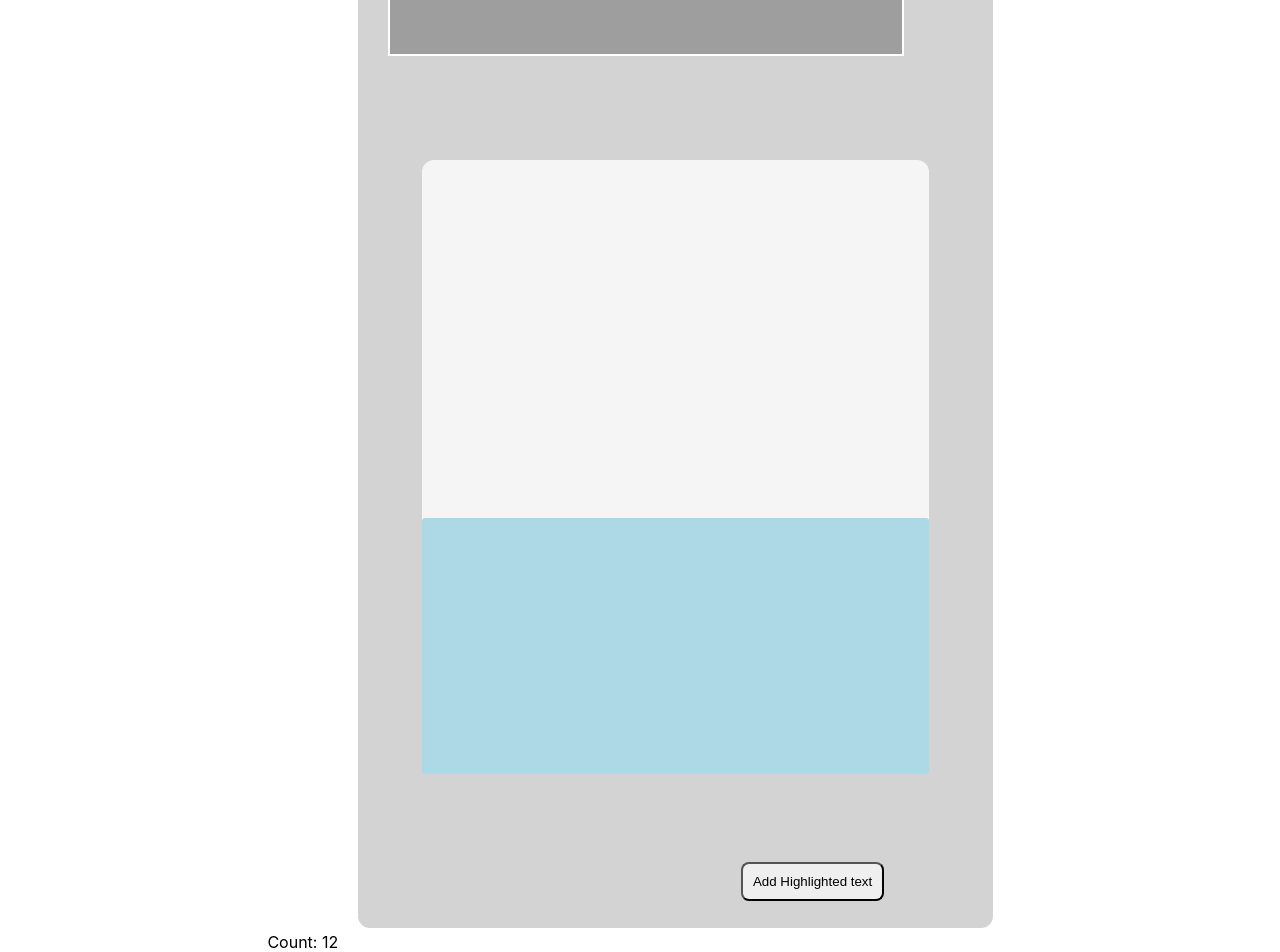
Repository: Farbod29/React-text-highlighter-with-hook-
Page: /
These files come from the project's save history. The page is drawn as it stood at one moment and after a run of saves; the edit follows.
The browser window is 1280 px wide. The pictures show the part of the page from y = 372 to 1324 px (the page is 1324 px tall).
Pictures or frames that could not be fetched are drawn as grey boxes. The project was rebuilt for these pictures with package versions that can differ from the ones it lists, and the page was loaded fresh each time.

Above is the page before, as saved 2022-02-18 23:14:04.

After the next 3 saves:
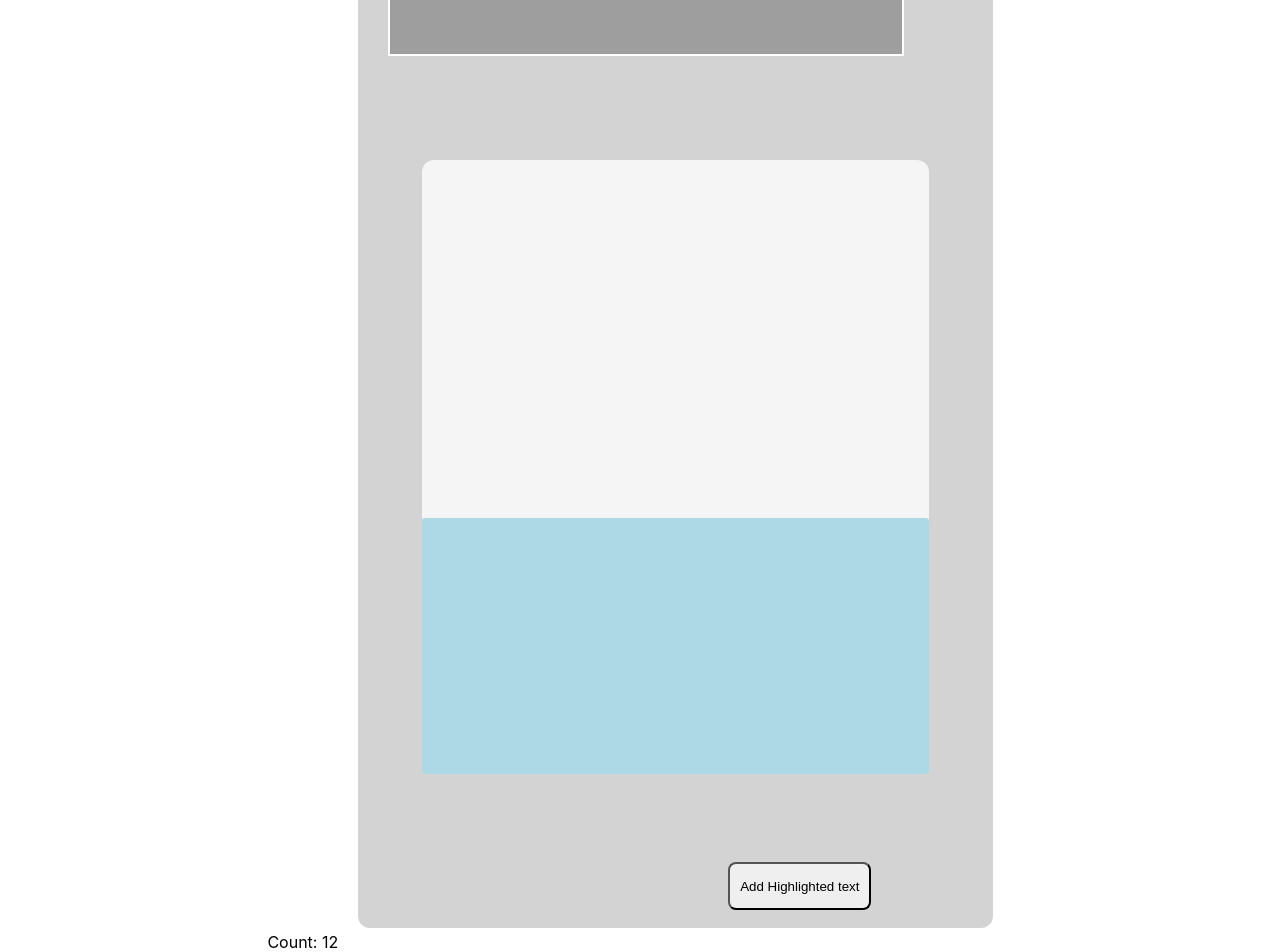
The 3 saves are shown as one change because 1 did not build or start and some came seconds apart.
The last was saved 43 s later.
--- a/src/highlighter.js
+++ b/src/highlighter.js
@@ -69,14 +69,14 @@ export default function Highlighter() {
             top: '500',
             position: 'absolute',
             bottom: '1vw',
-            left: '24vw',
+            left: '23vw',
             right: '2vw',
             width: '23vw',
             height: '53px',
           }}
         >
           <button
-            style={{ padding: '10px', borderRadius: '8px' }}
+            style={{ padding: '10px', borderRadius: '8px', height: '48px' }}
             onClick={() => setCount(12)}
           >
             {' '}
